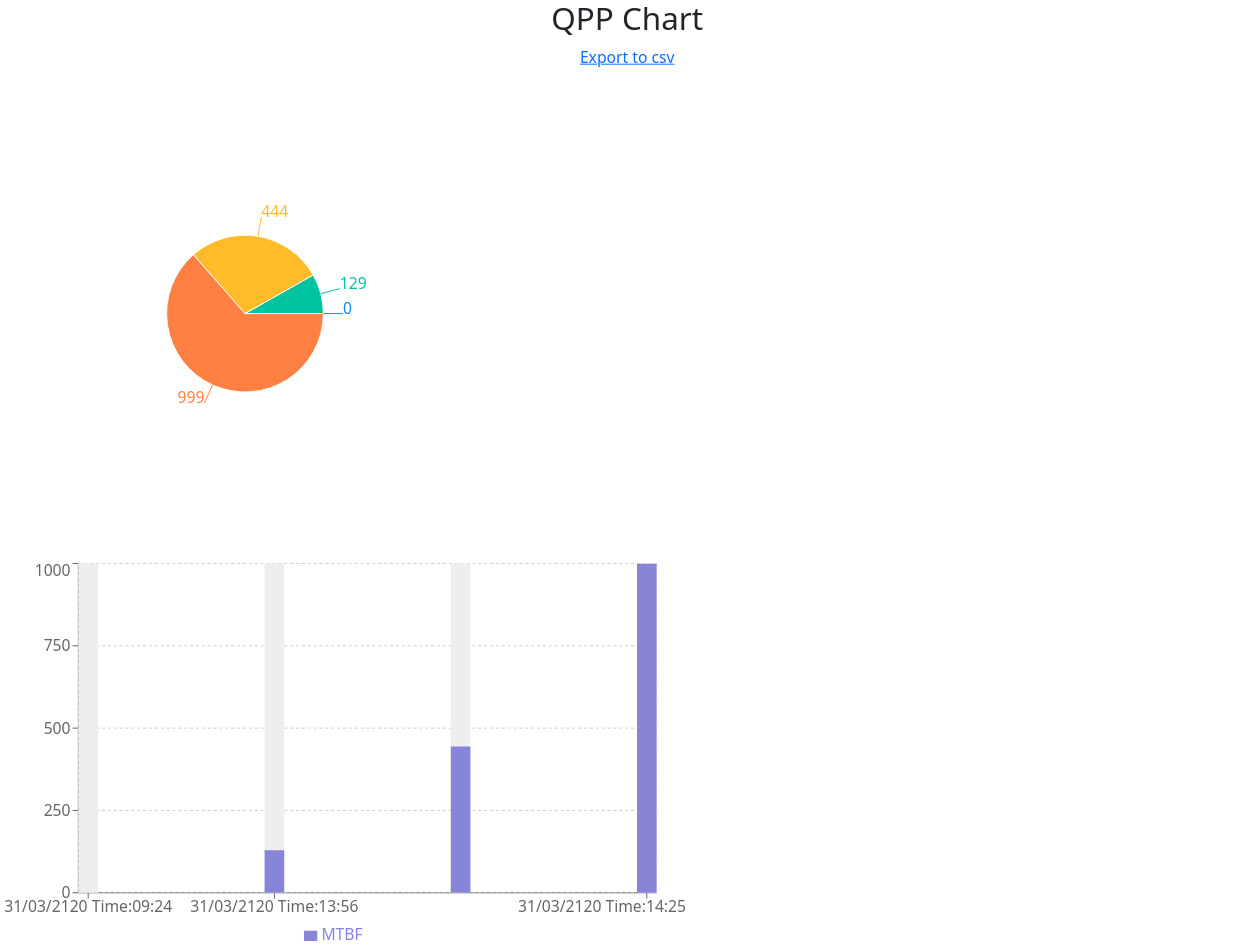
Repository: exiled-kal/ReactChartPrac
Page: /
The author's editor kept a copy of each file at every save. The page is drawn from the files as they stood at one save, then again after the next save.
The browser window is 1280 px wide. The pictures show the whole page, at 98% of full size.
The project was rebuilt for these pictures with package versions that can differ from the ones it lists, and the page was loaded fresh each time.

Above is the page before, as saved 2021-04-18 15:48:16.

After the next save:
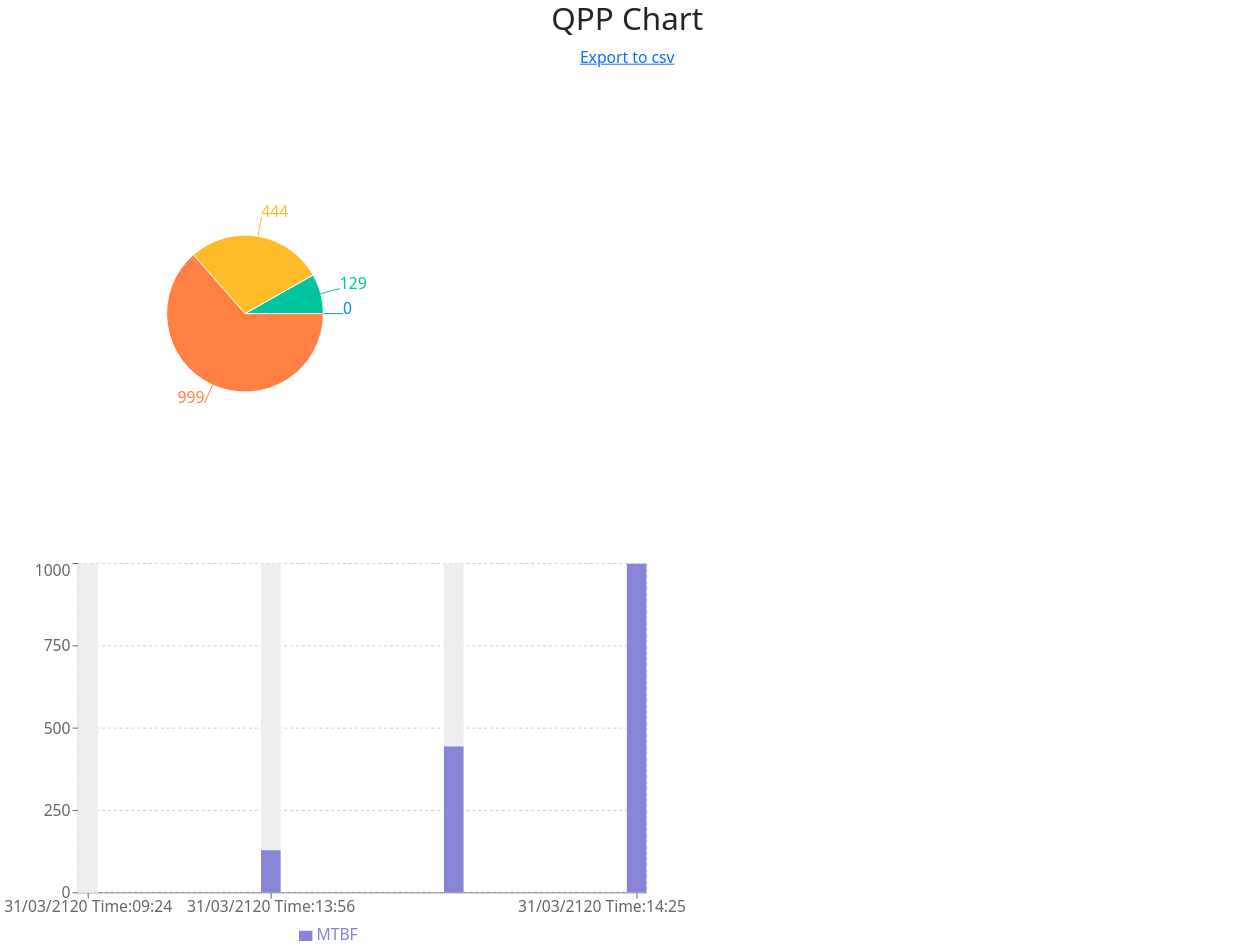
Saved 34 s later.
--- a/src/App.js
+++ b/src/App.js
@@ -130,7 +130,7 @@ function App() {
           data={data}
           margin={{
             top: 5,
-            right: 30,
+            right: 40,
             left: 20,
             bottom: 5,
           }}
